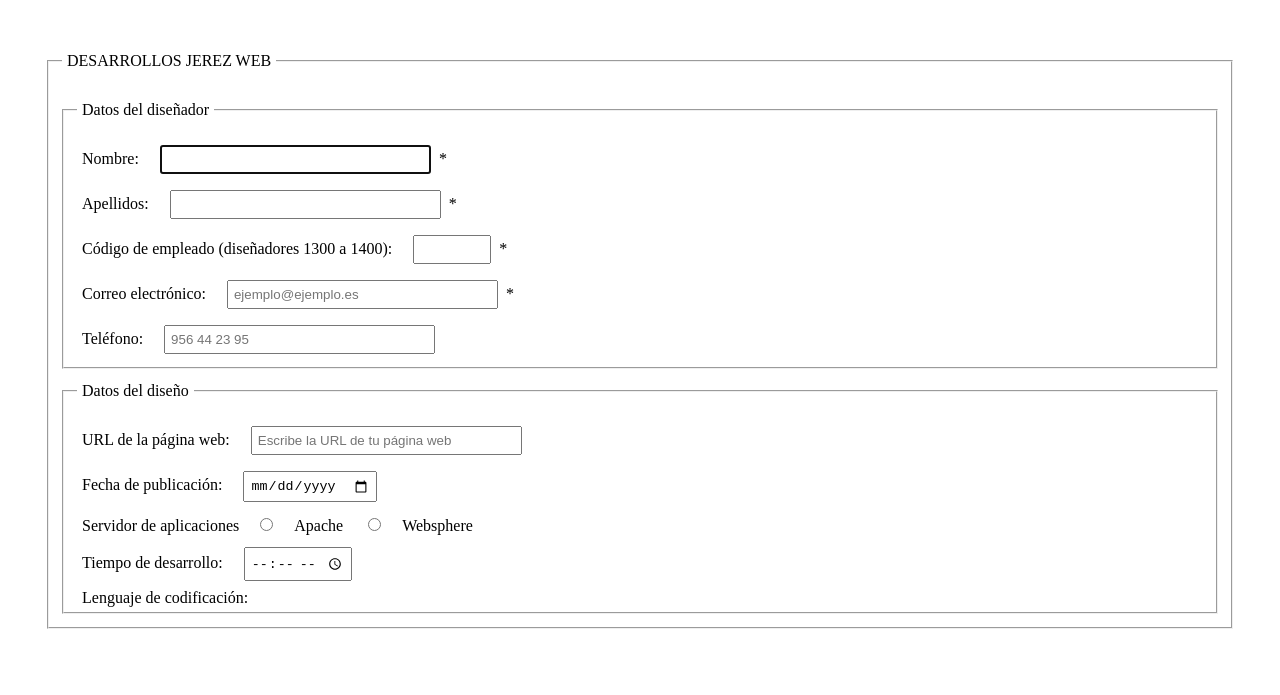
Repository: iSaan86/EV_Practica_FormularioCSS
Page: index.html
An editor plug-in stored every save of this project. The page is shown before and after the next save, followed by the edit.
The browser window is 1280 px wide. The pictures show the whole page.

Above is the page before, as saved 2024-01-11 16:59:52.

After the next save:
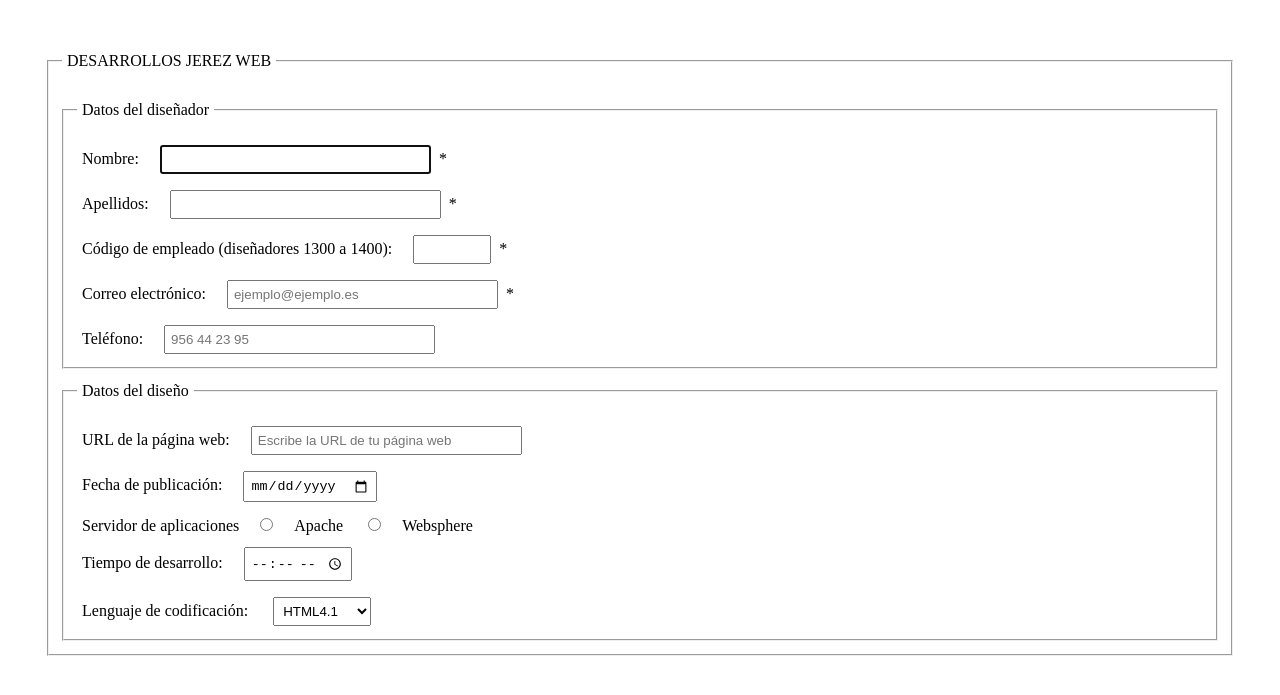
Saved 3 min 23 s later.
--- a/index.html
+++ b/index.html
@@ -31,7 +31,12 @@
                 <label for="servidor">Servidor de aplicaciones</label><input type="radio" id="apache" name="servidor" alt="verificar apache" value="Apache"><label for="hombre">Apache</label>
                 <input type="radio" id="websphere" name="servidor" alt="verificar websphere" value="Websphere"><label for="mujer">Websphere</label><br>
                 <label for="tiempo">Tiempo de desarrollo:</label><input type="time" name="tiempo" id="tiempo"><br>
-                <label for="tiempo">Lenguaje de codificación:</label>
+                <label for="lenguaje">Lenguaje de codificación:</label>
+                <select id="lenguaje" name="lenguaje" alt="Elija lenguaje de codificación"><br>
+                    <option value="html4.1">HTML4.1</option>
+                    <option value="xhtml">XHTML</option>
+                    <option value="html5">HTML5</option>
+                    <option value="Granada">GRANADA</option>
             </fieldset>
 
 
